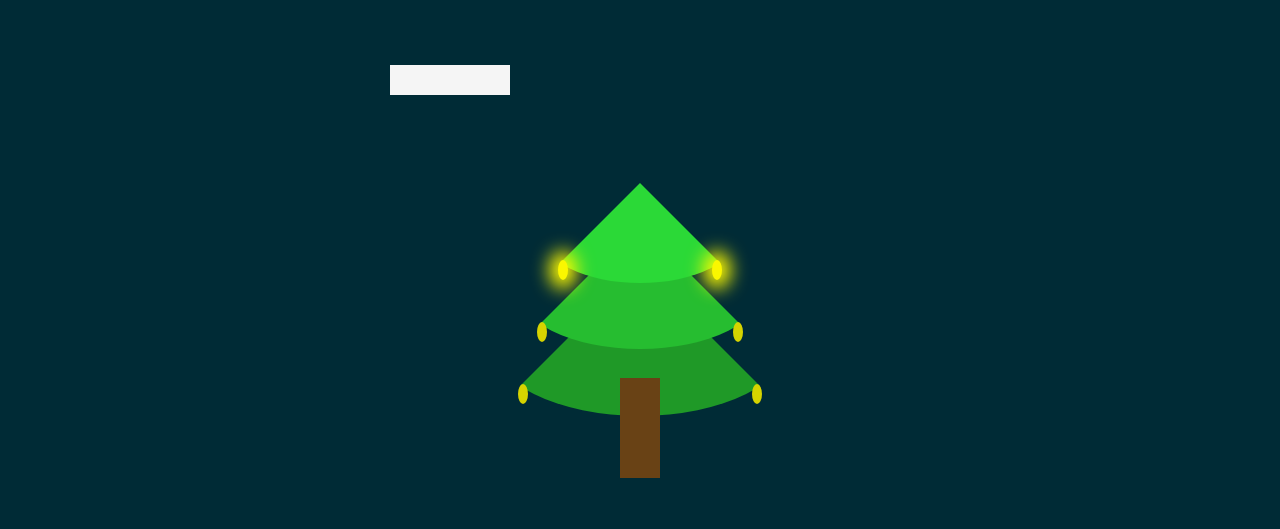
Repository: supakorn5039-boon/Christmas
Page: index.html
An editor plug-in stored every save of this project. The page is shown before and after a run of saves, followed by the edit.
The browser window is 1280 px wide. The pictures show the whole page.

Above is the page before, as saved 2023-12-25 08:50:05.

### index.html
<!DOCTYPE html>
<html lang="en">
  <head>
    <meta charset="UTF-8" />
    <meta http-equiv="X-UA-Compatible" content="IE=edge" />
    <meta name="viewport" content="width=device-width, initial-scale=1.0" />
    <link rel="stylesheet" href="styles.css" />
  </head>
  <body>
    <div class="xmas-tree">
      <div class="start">
        <i class="fa-solid fa-star"></i>
      </div>
      <div class="t1"></div>
      <div class="t2"></div>
      <div class="t3"></div>
      <div class="stem"></div>
      <div class="snow-ground"></div>
    </div>
  </body>
  <script href="index.js"></script>
</html>

### styles.css
body {
  height: 100vh;
  margin: 0;
  background: #002b36;
  overflow: hidden;
  display: grid;
  place-items: center;
}

.xmas-tree {
  position: relative;
  width: 500px;
  height: 590px;
  z-index: -2;
}

.star {
  z-index: 3;
  position: absolute;
  color: #fffc00;
  font-style: 40px;
  text-shadow: 0 0 20px #fffc00;
  left: 50%;
  top: 15%;
  margin-left: -22px;
  animation: spin 2s infinite linear forwards;
}

@keyframes spin {
  to {
    transform: rotate(1turn);
  }
}

.t1 {
  position: absolute;
  z-index: 2;
  border-bottom: 100px solid #2bd937;
  margin-left: -100px;
  border-right: 100px solid transparent;
  border-left: 100px solid transparent;
  border-bottom-left-radius: 50%;
  border-bottom-right-radius: 50%;
  top: 20%;
  left: 50%;
}
.t2 {
  position: absolute;
  z-index: 1;
  border-bottom: 125px solid #26bd30;
  margin-left: -125px;
  border-right: 125px solid transparent;
  border-left: 125px solid transparent;
  border-bottom-right-radius: 50%;
  border-bottom-left-radius: 50%;
  top: 27%;
  left: 50%;
}

.t3 {
  position: absolute;
  border-bottom: 150px solid #1f9927;
  margin-left: -150px;
  border-right: 150px solid transparent;
  border-left: 150px solid transparent;
  border-bottom-right-radius: 50%;
  border-bottom-left-radius: 50%;
  top: 34%;
  left: 50%;
}

.t1::before,
.t1::after,
.t2::before,
.t2::after,
.t3::before,
.t3::after {
  position: absolute;
  content: "";
  background: #d6d400;
  z-index: 3;
  width: 10px;
  height: 20px;
  border-radius: 50%;
  animation: blink 1.5s infinite;
}

.t2::before {
  animation-delay: 0.5s;
}
.t2::after {
  animation-delay: 0.5s;
}

.t3::before {
  animation-delay: 1s;
}
.t3::after {
  animation-delay: 1s;
}

@keyframes blink {
  30% {
    background: rgb(255, 252, 0);
    box-shadow: 0 0 20px 10px #fffc00;
  }
  60% {
    background: #d6d400;
    box-shadow: 0 0 0px 0px #fffc00;
  }
}

.t1::before {
  top: 77px;
  left: -82px;
}
.t1::after {
  top: 77px;
  right: -82px;
}

.t2::before {
  top: 98px;
  left: -103px;
}
.t2::after {
  top: 98px;
  right: -103px;
}

.t3::before {
  top: 118px;
  left: -122px;
}

.t3::after {
  top: 118px;
  right: -122px;
}

.stem {
  position: absolute;
  top: 53%;
  left: 50%;
  margin-left: -20px;
  width: 40px;
  height: 100px;
  z-index: 1;
  background: #694215;
}

.snow-ground {
  position: absolute;
  width: 120px;
  height: 30px;
  background: whitesmoke;
}

After the next 4 saves:
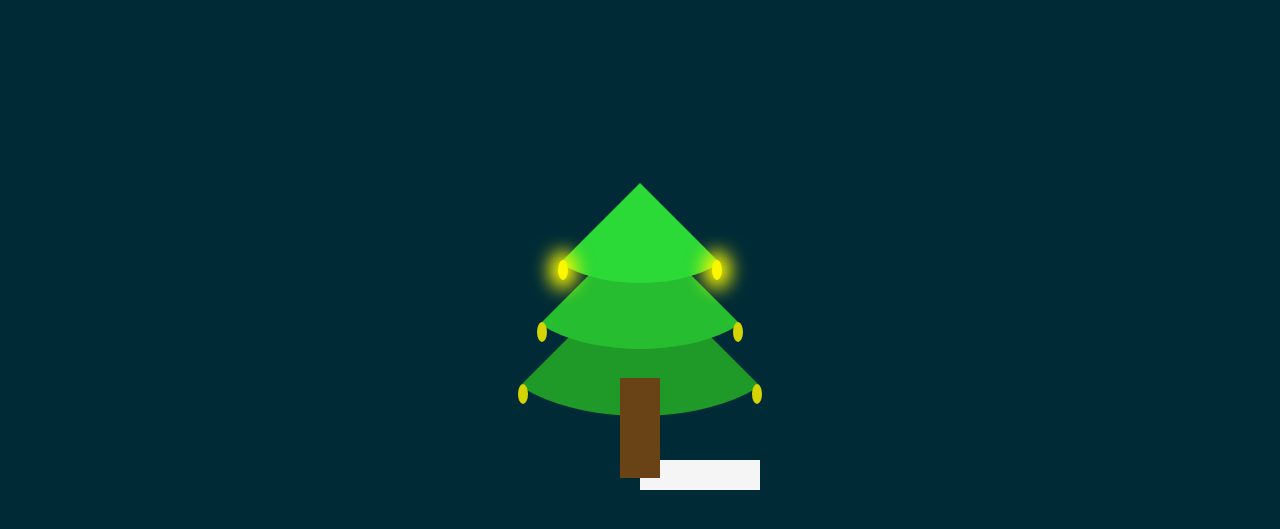
The 4 saves are shown as one change because they came seconds apart.
The last was saved 9 s later.
--- a/styles.css
+++ b/styles.css
@@ -154,4 +154,7 @@ body {
   width: 120px;
   height: 30px;
   background: whitesmoke;
+  top: 67%;
+  left: 50%;
+  margin-left: ;
 }
